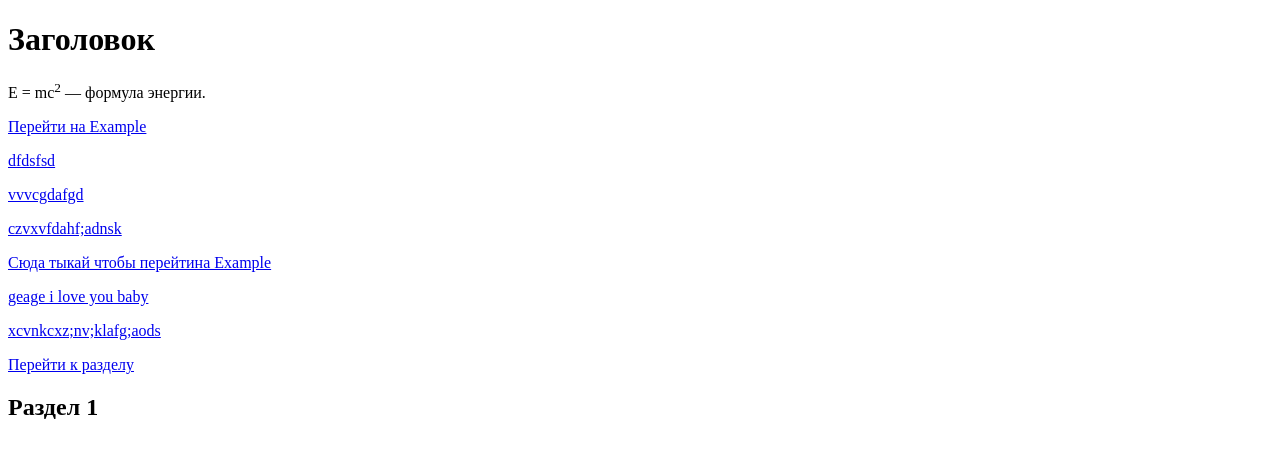
Repository: sannikovcode/exercises-a1
Page: JS/test1/task4/index.html
These files come from the project's save history. The page is drawn as it stood at one moment and after the next save; the edit follows.
The browser window is 1280 px wide. The pictures show the whole page.

Above is the page before, as saved 2025-10-16 16:09:07.

### JS/test1/task4/index.html
<!DOCTYPE html>
<html lang="en">

<head>
    <meta charset="UTF-8">
    <meta name="viewport" content="width=device-width, initial-scale=1.0">
    <title>88</title>
</head>

<body>
    <h1>Заголовок</h1>

    <p>E = mc<sup>2</sup> — формула энергии.</p>



    <p><a href="https://example.com">Перейти на Example</a></p>






    <p><a href="https://example.com">dfdsfsd</a></p>


    <p><a href="https://example.com">vvvcgdafgd</a></p>


    <p><a href="https://example.com">czvxvfdahf;adnsk</a></p>

    <p><a href="https://example.com"></a></p>

    <p><a href="https://example.com">Сюда тыкай чтобы перейтина Example</a></p>


    <p><a href="https://example.com">geage i love you baby</a></p>


    <p><a href="https://example.com">xcvnkcxz;nv;klafg;aods</a></p>


    <a href="#section1">Перейти к разделу</a>

    <br br*100>




    <h2 id="section1">Раздел 1</h2>























</body>

</html>

After the next save:
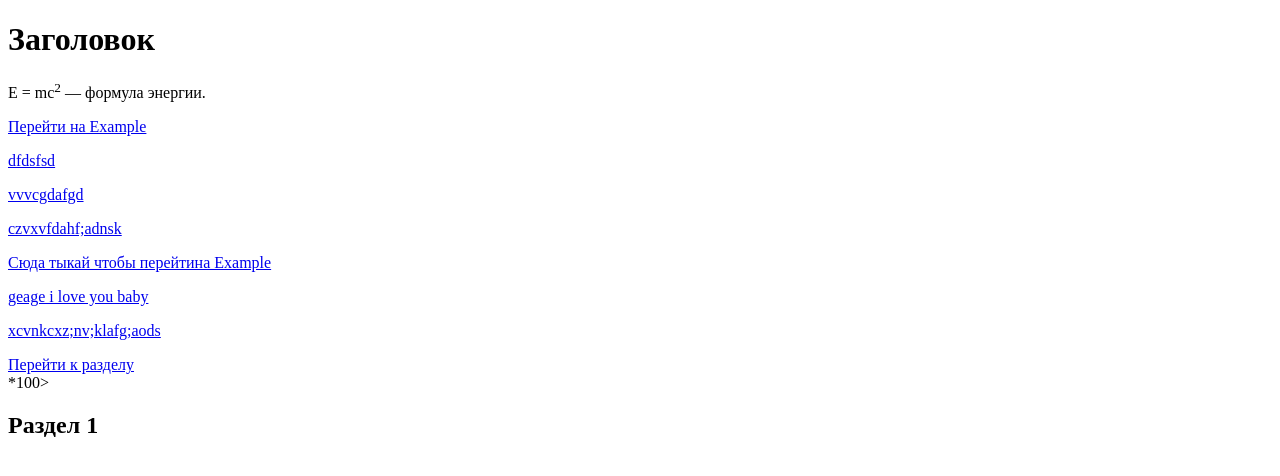
Saved 6 s later.
--- a/JS/test1/task4/index.html
+++ b/JS/test1/task4/index.html
@@ -42,7 +42,7 @@
 
     <a href="#section1">Перейти к разделу</a>
 
-    <br br*100>
+    <br <br>*100>
 
 
 

After the save that followed:
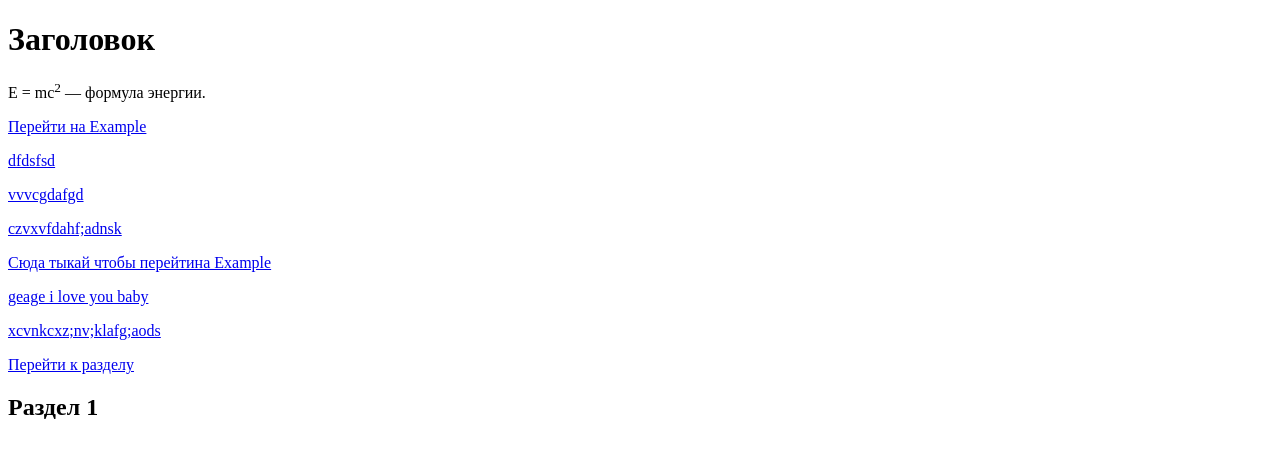
Saved 4 s later.
--- a/JS/test1/task4/index.html
+++ b/JS/test1/task4/index.html
@@ -42,7 +42,7 @@
 
     <a href="#section1">Перейти к разделу</a>
 
-    <br <br>*100>
+    <br *100>
 
 
 
